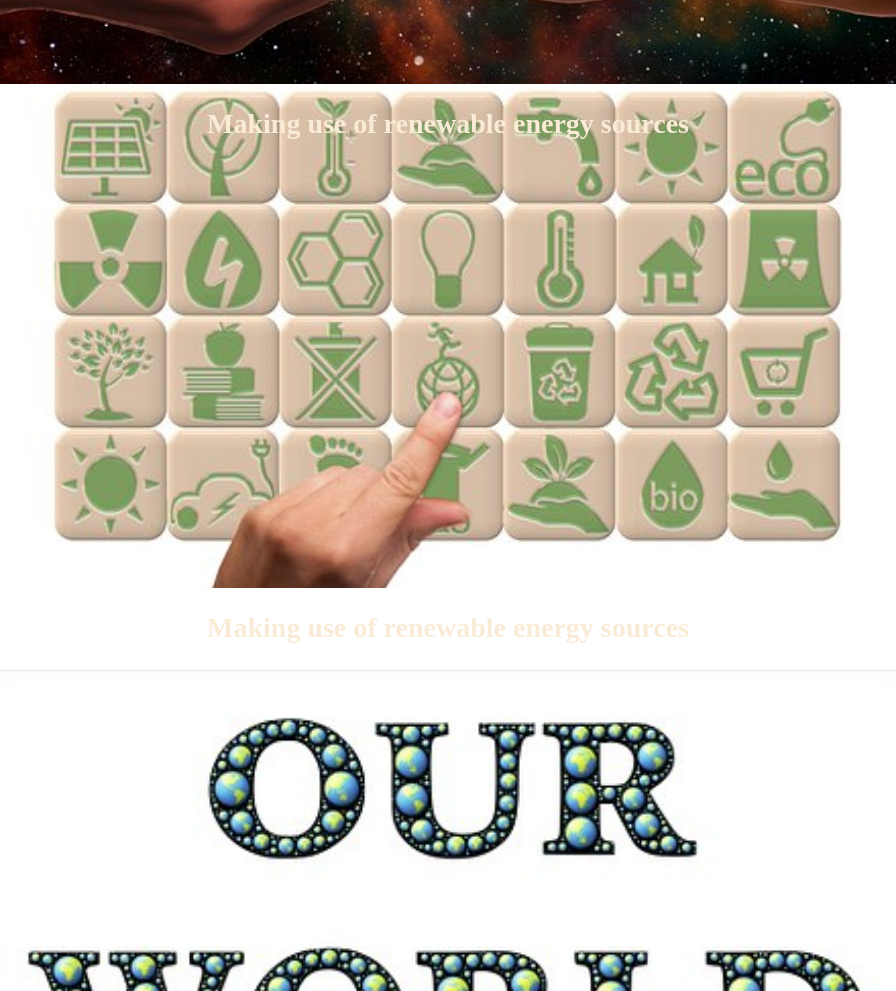
Repository: NavinDayanithi/static-web-design-competition
Page: index.html
The author's editor kept a copy of each file at every save. The page is drawn from the files as they stood at one save, then again after the next save.
The browser window is 1280 px wide. The pictures show the part of the page from y = 2840 to 4760 px (the page is 4256 px tall before and 4760 px after), at 70% of full size.
Backgrounds fixed to the window are drawn as part of the page.

Above is the page before, as saved 2023-04-28 20:34:18.

### index.html
<!DOCTYPE html>
<html lang="en">
<head>
  <title>POWERING CLIMATE </title>
  <link rel="stylesheet" href="styles.css">
</head>
<body>
    <h1 >POWERING A CLIMATE FOR SAFER FUTURE</h1>
    <div class="box1">
        <h2>Making use of renewable energy sources</h2>
    </div>
    <div class="box2">
        <h2>Planting more trees</h2>
    </div>
    <div class="box3">
        <h2>Gaining natural source of energy</h2>
    </div>
    <div class="box4">
        <h2>Making use of renewable energy sources</h2>
    </div>
    <div class="box5">
        <h2>Making use of renewable energy sources</h2>
    </div>
    <div class="box6">
        <h2>Making use of renewable energy sources</h2>
    </div>
</body>
</html>

### styles.css

h1
{
    text-align:center;
    color:rgb(19, 20, 20);
    background-color: rgb(181, 191, 195);

}
h2{
    text-align: center;
    color: antiquewhite;
    font-size:40px;
}

 body{
    margin: 0;
    padding: 0;
    /* background-color: blue; */
}
head{
    text-align: center;
}

.box1{
    height: 100vh;
    width:100%;
    background-image: url(img1.jpg);
    background-size: cover;
    background-position: center;
    display: table;
    background-attachment: fixed;
}

.box2{
    height: 100vh;
    width:100%;
    background-image: url(img2.jpg);
    background-size: cover;
    background-position: center;
    display: table;
    background-attachment: fixed;
}

.box3{
    height: 100vh;
    width:100%;
    background-image: url(img3.jpg);
    background-size:cover;
    display: table;
    background-attachment: fixed;

}


.box4{
    height: 100vh;
    width:100%;
    background-image: url(img4.jpg);
    background-size: cover;
    background-position: center;
    display: table;
    background-attachment: fixed;
}

.box5{
    height: 100vh;
    width:100%;
    background-image: url(img5.jpg);
    background-size: cover;
    background-position: center;
    display: table;
    background-attachment: fixed;
}

.box6{
    height: 80vh;
    width:100%;
    background-image: url(img6.jpg);
    background-size: cover;
  /* background-position: center; */
    display: table;
    background-attachment: fixed;
}

After the next save:
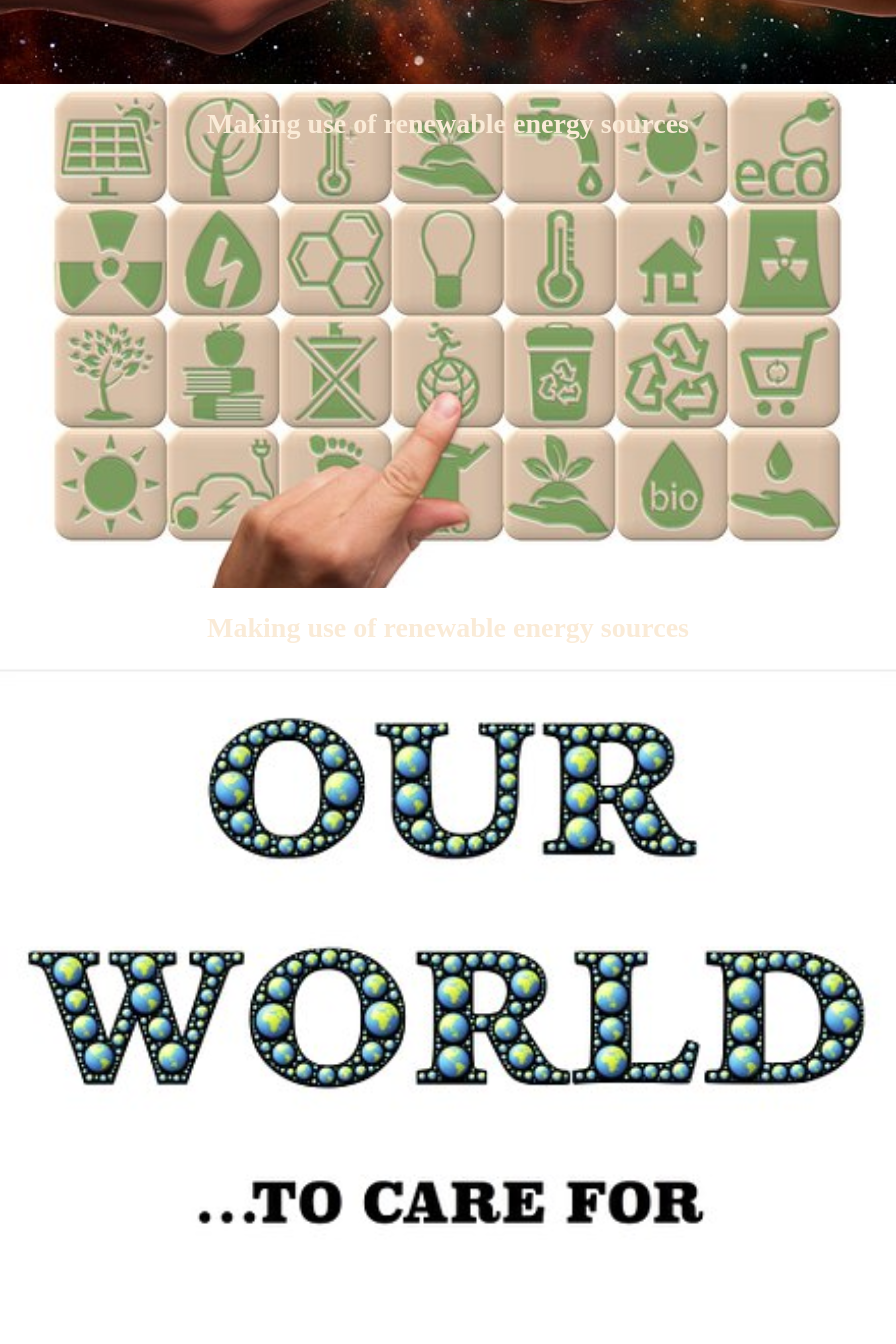
Saved 8 s later.
--- a/styles.css
+++ b/styles.css
@@ -73,7 +73,7 @@ head{
 }
 
 .box6{
-    height: 80vh;
+    height: 150vh;
     width:100%;
     background-image: url(img6.jpg);
     background-size: cover;
